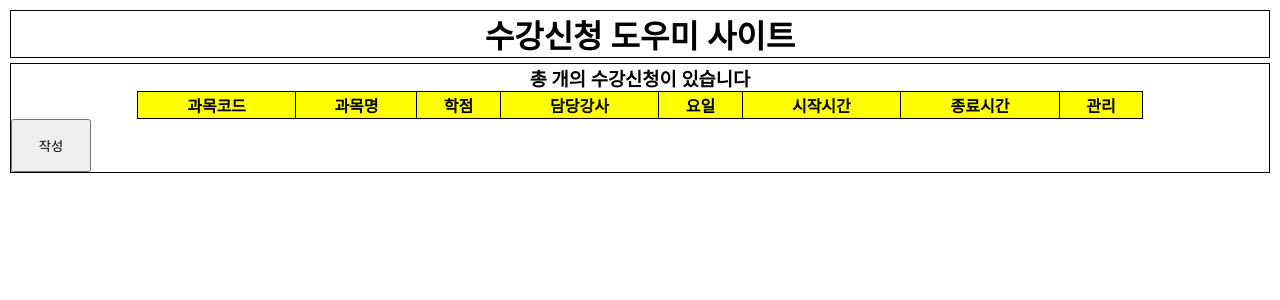
Repository: Tor1a/SpringSet
Page: http://localhost/practice02/WEB-INF/views/home.jsp
The author's editor kept a copy of each file at every save. The page is drawn from the files as they stood at one save, then again after the next save.
The browser window is 1280 px wide. The pictures show the whole page.
The page is served by Tomcat 9. Nobody is signed in. Other server files are loaded and not shown. The template is opened directly, without the code that normally fills it, so the values that code supplies are empty.

Above is the page before, as saved 2022-04-14 09:03:43.

### practice02/src/main/webapp/WEB-INF/views/home.jsp
<%@ page language="java" contentType="text/html; charset=UTF-8"
	pageEncoding="UTF-8"%>
<%@ taglib prefix="c" uri="http://java.sun.com/jsp/jstl/core"%>
<%@ taglib prefix="fmt" uri="http://java.sun.com/jsp/jstl/fmt"%>




<!DOCTYPE html>
<html>
<head>
<meta charset="UTF-8">
<script src="../js/jquery-3.6.0.min.js"></script>
<link rel="stylesheet"
	href="${pageContext.request.contextPath}/resources/css/home.css">
<script
	src="${pageContext.request.contextPath}/resources/js/course/home.js"></script>

<title>수강신청 도우미 사이트</title>
</head>
<body>

	<div id="wrapper">

		<h1 class="title">수강신청 도우미 사이트</h1>

		<div id="content">
			<h3 class="total">총 ${total}개의 수강신청이 있습니다</h3>

		<table class="liTb">
			<thead>
				<th>과목코드</th>
				<th>과목명</th>
				<th>학점</th>
				<th>담당강사</th>
				<th>요일</th>
				<th>시작시간</th>
				<th>종료시간</th>
				<th>관리</th>
			</thead>

			<c:forEach var="vo" items="${list}">
				<tr>
					<td>${vo.crId}</td>
					<td>${vo.crName}</td>
					<td>${vo.credit}</td>
					<td>${vo.lec_name}</td>
					<td>${vo.crWeek}</td>
					<td><c:if test="${vo.start_hour < 1000}">
							0${vo.start_hour}
						</c:if> <c:if test="${vo.start_hour >= 1000}">
							${vo.start_hour}
						</c:if></td>
					<td>${vo.end_end}</td>
					<td><a href="updateCourseForm.do?crId=${vo.crId}">수정</a> /<a
						href="deleteCourse.do?crId=${vo.crId}">삭제</a></td>
				</tr>
			</c:forEach>
		</table>
		<button id="add" onclick="add()">작성</button>
		</div>
	</div>



</body>
</html>

### practice02/src/main/webapp/resources/css/home.css
@charset "UTF-8";

body, h1, h2, h3, h4, h5, p, ul, li, ol, dd, dt, dl { padding: 0; margin: 0; }

ul {list-style: none;}

a:hover{text-decoration: none;}

body{width: auto; hight: auto;}

#wrapper {   border: 1px solid balck; padding: 10px 10px 10px 10px; }

#content {display:flex; flex-direction: column; justify-content: center; border: 1px solid black;}

#add {display: inline-block; padding:  15px 15px; width: 80px; hight: 30px; float: right;}

.liTb {margin: auto; border-collapse: collapse; border: 1px solid black; width: 80%;}

.title{display:flex;  flex-direction:row; justify-content:center;  text-align: center; border: 1px solid black; margin-bottom: 5px;}
.total {text-align: center;}


th {text-align: center; border: 1px solid black; background-color: yellow;}
td {text-align: center; border: 1px solid black;}

### practice02/src/main/webapp/resources/js/course/home.js
var crId = document.getElementById('vo.crId');

function deleteBtn(crId){
	if(confirm("삭제 하시겠습니까?")){
		var form = document.getElementById('delCourse');
		form.action = 'deleteCourseForm.do?crId='+crId;
		form.method = "GET";
		form.submit();

		return true;
	}else{

		return false;
	}
}


function add(){
	location.href = "courseAddForm.do";
}

Loaded but not shown: practice02/src/main/webapp/resources/js/jquery-3.6.0.min.js (library)

After the next save:
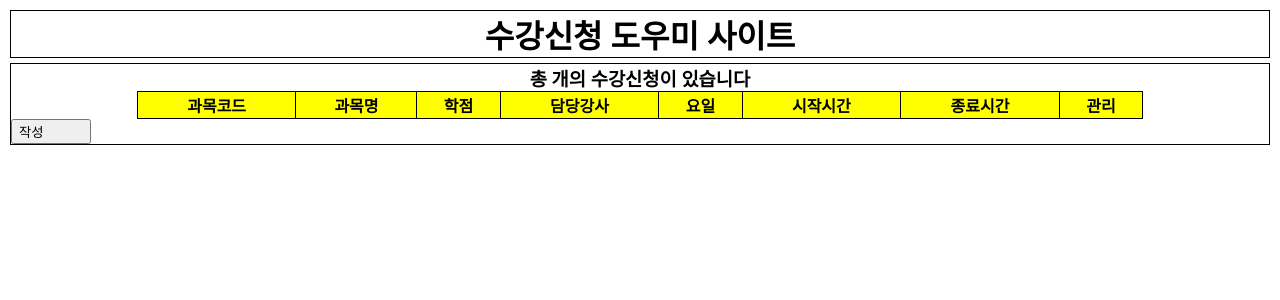
Saved 29 s later.
--- a/practice02/src/main/webapp/resources/css/home.css
+++ b/practice02/src/main/webapp/resources/css/home.css
@@ -12,7 +12,7 @@ body{width: auto; hight: auto;}
 
 #content {display:flex; flex-direction: column; justify-content: center; border: 1px solid black;}
 
-#add {display: inline-block; padding:  15px 15px; width: 80px; hight: 30px; float: right;}
+#add {display: flex; justify-content:flex-end  padding:  15px 15px; width: 80px; hight: 30px; }
 
 .liTb {margin: auto; border-collapse: collapse; border: 1px solid black; width: 80%;}
 
